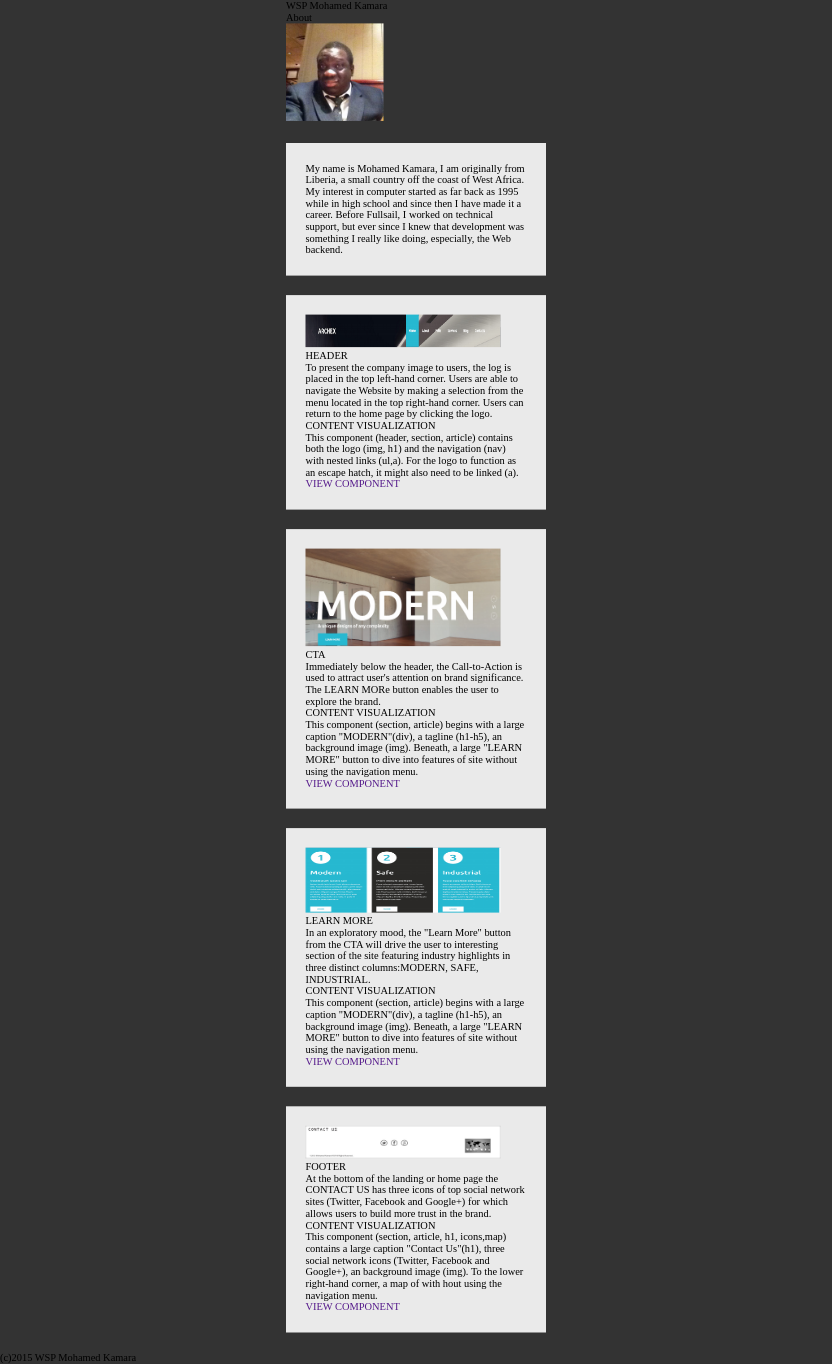
Repository: makamara/WSP_Project
Page: wsp/index.html
These files come from the project's save history. The page is drawn as it stood at one moment and after the next save; the edit follows.
The browser window is 1280 px wide. The pictures show the whole page, at 65% of full size.

Above is the page before, as saved 2015-09-15 17:11:20.

After the next save:
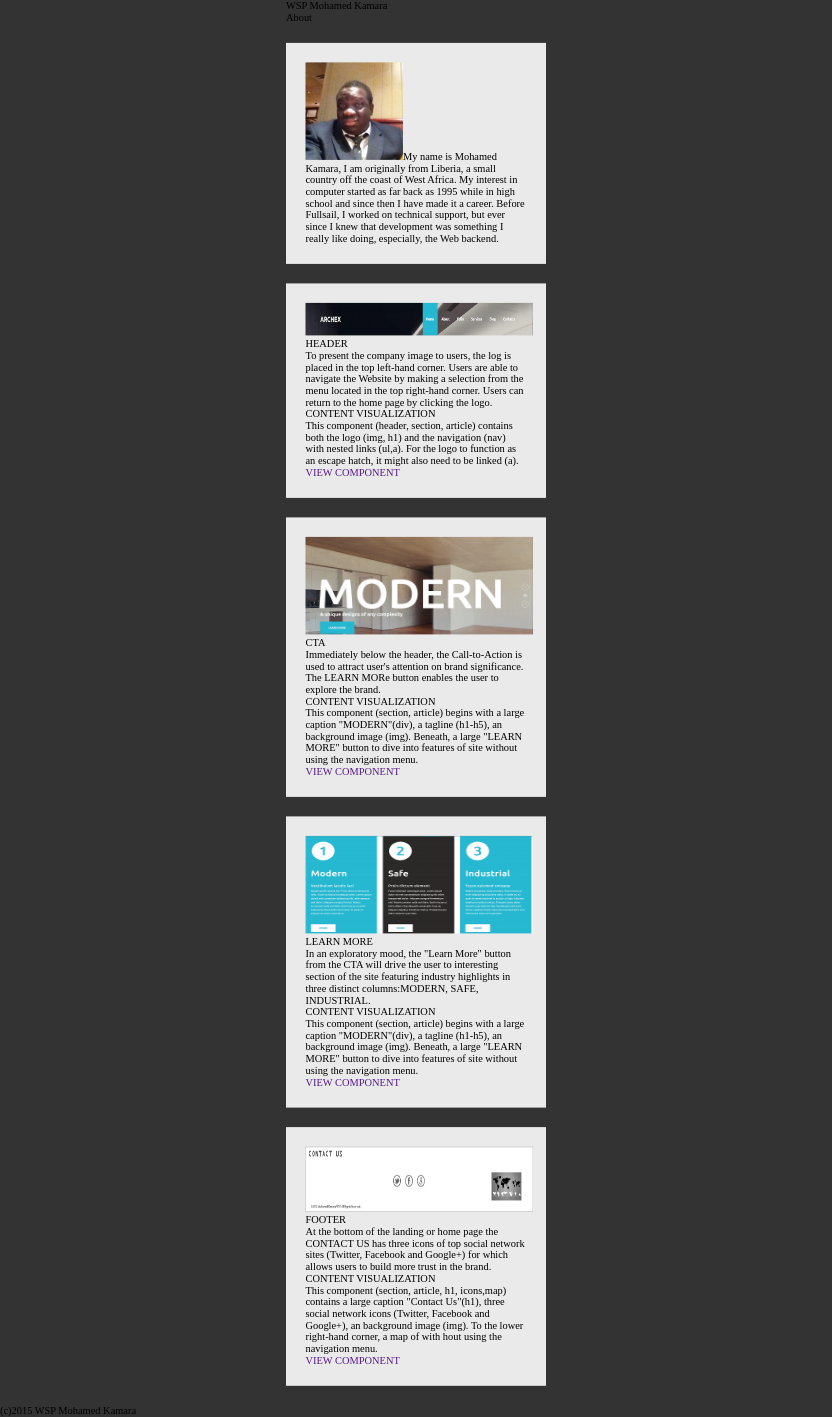
Saved 104 s later.
--- a/wsp/index.html
+++ b/wsp/index.html
@@ -17,10 +17,10 @@
 	<section>
 		<h1>About</h1>
 		<div class="image">
-			<img src="images/art_pix.jpg" alt="Mohamed Kamara" width="150" height="150" />
+
 		</div>
 		<article>
-		<p>My name is Mohamed Kamara, I am originally from Liberia, a small country off the coast of West Africa. My interest in computer
+		<p><img src="images/art_pix.jpg" alt="Mohamed Kamara" width="150" height="150" />My name is Mohamed Kamara, I am originally from Liberia, a small country off the coast of West Africa. My interest in computer
 		started as far back as 1995 while in high school and since then I have made it a career. Before Fullsail, I worked on technical
 		support, but ever since I knew that development was something I really like doing, especially, the Web backend.
 		</p>
@@ -32,7 +32,7 @@
 		<!-- Header section -->
 		<article>
 
-			<img src="images/header.png" alt="Header Section" width="300" height="50" />
+			<img src="images/header.png" alt="Header Section" width="350" height="50" />
 			<h1>HEADER</h1>
 			<p>To present the company image to users, the log is placed in the top left-hand corner. Users are able to navigate the Website
 			by making a selection from the menu located in the top right-hand corner. Users can return to the home page by clicking the logo.
@@ -45,7 +45,7 @@
 		</article>
 		<!-- CTA section -->
 		<article>
-			<img src="images/cta.jpg" alt="CTA" width="300" height="150" />
+			<img src="images/cta.jpg" alt="CTA" width="350" height="150" />
 			<h1>CTA</h1>
 			<p>Immediately below the header, the Call-to-Action is used to attract user's attention on brand significance.
 				The <strong>LEARN MORe</strong> button enables the user to explore the brand.
@@ -58,7 +58,7 @@
 		</article>
 	<!-- LEARN MORE section -->
 		<article>
-			<img src="images/learnmore.jpg" alt="Learn More" width="300" height="100" />
+			<img src="images/learnmore.jpg" alt="Learn More" width="350" height="150" />
 			<h1>LEARN MORE</h1>
 			<p>In an exploratory mood, the "Learn More" button from the CTA will drive the user to interesting section of the site featuring
 			industry highlights in three distinct columns:MODERN, SAFE, INDUSTRIAL.
@@ -72,7 +72,7 @@
 		</article>
 		<!-- FOOTER section -->
 		<article>
-			<img src="images/footer.jpg" alt="Footer" width="300" height="50" />
+			<img src="images/footer.jpg" alt="Footer" width="350" height="100" />
 			<h1>FOOTER</h1>
 			<p>At the bottom of the landing or home page the CONTACT US has three icons of top social network sites (Twitter, Facebook and Google+) for
 			which allows users to build more trust in the brand.
